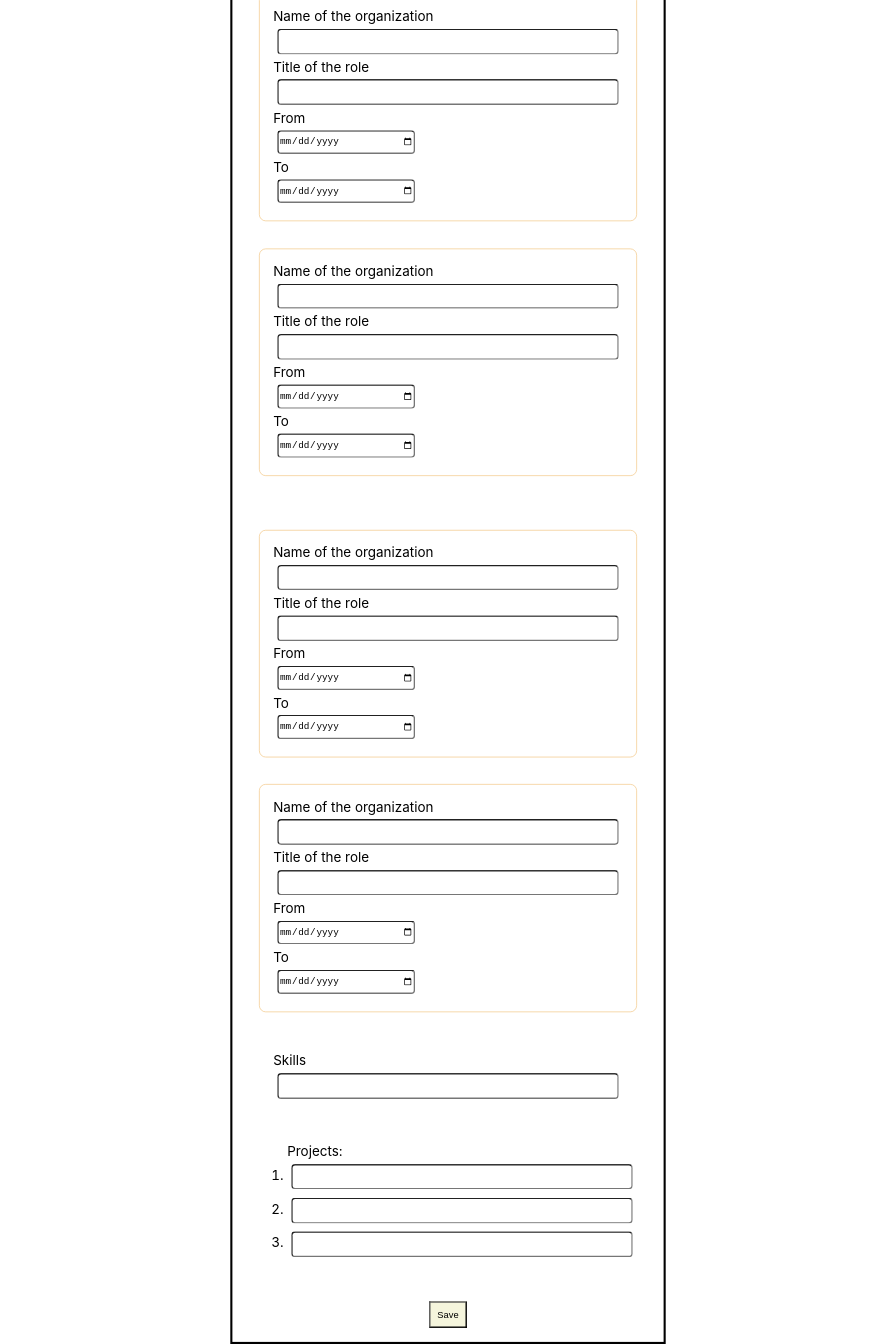
Repository: 0101chaitanya/resume-app
Page: /
An editor plug-in stored every save of this project. The page is shown before and after the next save, followed by the edit.
The browser window is 1280 px wide. The pictures show the part of the page from y = 1460 to 3380 px (the page is 3380 px tall), at 70% of full size.
The project was rebuilt for these pictures with package versions that can differ from the ones it lists, and the page was loaded fresh each time.

Above is the page before, as saved 2021-07-28 18:26:46.

### src/App.js
import React, { useState, useEffect } from "react";
import logo from "./logo.svg";
import "./App.css";
import Section1 from "./components/section1";
import Section2 from "./components/section2";
import Section3 from "./components/section3";
/* fullName: "",
    currentRole: "",
    address1: "",
    address2: "",
    about: "",
    phone: "",
    email: "",

    schoolName1: "",
    titleOfStudy1: "",
    from1: "",
    to1: "",

    schoolName2: "",
    titleOfStudy2: "",
    from2: "",
    to2: "",

    organizationName1: "",
    titleOfRole1: "",
    workedFrom1: "",
    workedTill1: "",

    organizationName2: "",
    titleOfRole2: "",
    workedFrom2: "",
    workedTill2: "",


    */

function App() {
  const [state, setState] = useState({
    skills: "",

    project1: "",
    project2: "",
    project3: "",
  });
  useEffect(() => {
    console.log(state);
  });
  const onChange = (e) => {
    const { name, value } = e.target;
    console.log(name, value);
    setState({
      ...state,
      [name]: value,
    });
    console.log(state);
  };
  const handleSubmit = (e) => {
    localStorage.setItem("savedData", JSON.stringify(state));
    setState({
      fullName: "",
      currentRole: "",
      address1: "",
      address2: "",
      email: "",
      phone: "",
      about: "fsfesffsffsefsfsefes",
      schoolName1: "",
      titleOfStudy1: "",
      from1: "",
      to1: "",
      schoolName2: "",
      titleOfStudy2: "",
      from2: "",
      to2: "",
      organizationName1: "",
      titleOfRole1: "",
      workedFrom1: "",
      workedTill1: "",
      organizationName2: "",
      titleOfRole2: "",
      workedFrom2: "",
      workedTill2: "",
      skills: "",
      project1: "",
      project2: "",
      project3: "",
    });
    e.target.submit();
  };

  return (
    <div className="app">
      <header className="App-header">
        <h1>Resume-App</h1>
      </header>
      <form
        onSubmit={(e) => {
          e.preventDefault();
          handleSubmit(e);
        }}
      >
        <Section1 state={state} onChange={onChange.bind(this)} />
        <Section2 state={state} onChange={onChange.bind(this)} />
        <Section3 state={state} onChange={onChange.bind(this)} />

        <div className="section section3">
          <div className="job1">
            <label htmlFor="organizationName1">
              Name of the organization
              <input
                required
                id="organizationName1"
                name="organizationName1"
                onChange={onChange}
                value={state.organizationName1}
                type="text"
              />
            </label>
            <label htmlFor="titleOfRole1">
              Title of the role
              <input
                required
                id="titleOfRole1"
                name="titleOfRole1"
                onChange={onChange}
                value={state.titleOfRole1}
                type="text"
              />
            </label>
            <label htmlFor="workedFrom1">
              From
              <input
                required
                id="workedFrom1"
                name="workedFrom1"
                onChange={onChange}
                value={state.workedFrom1}
                type="date"
              />
            </label>
            <label htmlFor="workedTill1">
              To
              <input
                required
                id="workedTill1"
                name="workedTill1"
                onChange={onChange}
                value={state.workedTill1}
                type="date"
              />
            </label>
          </div>
          <div className="job2">
            <label htmlFor="organizationName2">
              Name of the organization
              <input
                id="organizationName2"
                name="organizationName2"
                onChange={onChange}
                value={state.organizationName2}
                type="text"
              />
            </label>
            <label htmlFor="titleOfRole2">
              Title of the role
              <input
                id="titleOfRole2"
                name="titleOfRole2"
                onChange={onChange}
                value={state.titleOfRole2}
                type="text"
              />
            </label>
            <label htmlFor="workedFrom2">
              From
              <input
                id="workedFrom2"
                name="workedFrom2"
                onChange={onChange}
                value={state.workedFrom2}
                type="date"
              />
            </label>
            <label htmlFor="workedTill2">
              To
              <input
                id="workedTill2"
                name="workedTill2"
                onChange={onChange}
                value={state.workedTill2}
                type="date"
              />
            </label>
          </div>
        </div>
        <div className="section section4">
          <label htmlFor="skills">
            Skills
            <input
              required
              id="skills"
              name="skills"
              onChange={onChange}
              value={state.skills}
              type="text"
            />
          </label>
        </div>
        <div className="section section5">
          <ol>
            Projects:
            <li>
              <label htmlFor="project1">
                <input
                  required
                  id="project1"
                  name="project1"
                  onChange={onChange}
                  value={state.project1}
                  type="text"
                />
              </label>
            </li>
            <li>
              <label htmlFor="project2">
                <input
                  required
                  id="project2"
                  name="project2"
                  onChange={onChange}
                  value={state.project2}
                  type="text"
                />
              </label>
            </li>
            <li>
              <label htmlFor="project3">
                <input
                  id="project3"
                  name="project3"
                  onChange={onChange}
                  value={state.project3}
                  type="text"
                />
              </label>
            </li>
          </ol>
        </div>
        <button type="submit">Save</button>
      </form>
    </div>
  );
}

export default App;

### src/App.css
html {
  font-size: 1.2rem;
  font-weight: 400;
}
input {
  border-radius: 0.3rem;
  height: 1.6rem;
}
.app {
  margin: auto;
  display: flex;
  flex-direction: column;
  border: 0.2rem solid;
  width: fit-content;
  height: fit-content;
}

h1 {
  text-align: center;
  text-decoration: underline;
}
label {
  display: flex;
  flex-direction: column;
}
input[type="text"] {
  width: 25rem;
  margin: 0.3rem;
}
input[type="email"],
input[type="tel"] {
  width: 14rem;

  margin: 0.3rem;
}

input[type="date"] {
  width: 10rem;

  margin: 0.3rem;
}
.edu1,
.edu2,
.job1,
.job2 {
  margin: 1rem;
  padding: 1rem;
  border-radius: 0.5rem;
  border: 1px solid rgb(243, 200, 135);
}
.section {
  margin: 1rem;
  display: flex;
  flex-direction: column;
  justify-content: center;
}
form {
  display: flex;
  flex-direction: column;
  align-items: center;
}
button {
  justify-self: center;
  align-self: center;
  margin: 1rem;
  padding: 0.5rem;
  background-color: beige;
}

### src/components/section1.js
import React, { useState } from "react";

export default function Section1(props) {
  const [state, setState] = useState({
    fullName: props.state.fullName,
    currentRole: props.state.currentRole,
    address1: props.state.address1,
    address2: props.state.address2,
    email: props.state.email,
    phone: props.state.phone,
    about: props.state.about,

    /* fullName: "",
    currentRole: "",
    address1: "",
    address2: "",
    about: "",
    phone: "",
    email: "", */
  });
  return (
    <div className="section section1">
      <label htmlFor="fullName">
        Full Name
        <input
          required
          id="fullName"
          name="fullName"
          onChange={(e) => props.onChange(e)}
          value={state.fullName}
          type="text"
        />
      </label>
      <label htmlFor="currentRole">
        Current Role
        <input
          required
          id="currentRole"
          name="currentRole"
          onChange={props.onChange}
          value={state.currentRole}
          type="text"
        />
      </label>
      <label htmlFor="address1">
        Address Field 1
        <input
          required
          id="address1"
          name="address1"
          onChange={props.onChange}
          value={state.address1}
          type="text"
        />
      </label>
      <label htmlFor="address2">
        Address Field 2
        <input
          required
          id="address2"
          name="address2"
          onChange={props.onChange}
          value={state.address2}
          type="text"
        />
      </label>
      <label htmlFor="email">
        Email
        <input
          required
          id="email"
          name="email"
          onChange={props.onChange}
          value={state.email}
          type="email"
        />
      </label>
      <label htmlFor="phone">
        Phone
        <input
          required
          id="phone"
          name="phone"
          onChange={props.onChange}
          value={state.phone}
          type="tel"
        />
      </label>
      <label htmlFor="about">
        About
        <textarea
          rows={3}
          id="about"
          name="about"
          onChange={props.onChange}
          value={state.about}
        />
      </label>
    </div>
  );
}

### src/components/section2.js
import React, { useState } from "react";

export default function Section2(props) {
  const [state, setState] = useState({
    schoolName1: props.state.schoolName1,
    titleOfStudy1: props.state.titleOfStudy1,
    from1: props.state.from1,
    to1: props.state.to1,

    schoolName2: props.state.schoolName2,
    titleOfStudy2: props.state.titleOfStudy2,
    from2: props.state.from2,
    to2: props.state.to2,
  });

  return (
    <div className="section section2">
      <div className="edu1">
        <label htmlFor="schoolName1">
          Organization providing the education or training
          <input
            required
            id="schoolName1"
            name="schoolName1"
            onChange={props.onChange}
            value={state.schoolName1}
            type="text"
          />
        </label>
        <label htmlFor="titleOfStudy1">
          Education or training undertaken
          <input
            required
            id="titleOfStudy1"
            name="titleOfStudy1"
            onChange={props.onChange}
            value={state.titleOfStudy1}
            type="text"
          />
        </label>
        <label htmlFor="from1">
          From
          <input
            required
            id="from1"
            name="from1"
            onChange={props.onChange}
            value={state.from1}
            type="date"
          />
        </label>
        <label htmlFor="to1">
          To
          <input
            required
            id="to1"
            name="to1"
            onChange={props.onChange}
            value={state.to1}
            type="date"
          />
        </label>
      </div>
      <div className="edu2">
        <label htmlFor="schoolName2">
          Organization providing the education or training
          <input
            required
            id="schoolName2"
            name="schoolName2"
            onChange={props.onChange}
            value={state.schoolName2}
            type="text"
          />
        </label>
        <label htmlFor="titleOfStudy2">
          Education or training undertaken
          <input
            required
            id="titleOfStudy2"
            name="titleOfStudy2"
            onChange={props.onChange}
            value={state.titleOfStudy2}
            type="text"
          />
        </label>
        <label htmlFor="from2">
          From
          <input
            required
            id="from2"
            name="from2"
            onChange={props.onChange}
            value={state.from2}
            type="date"
          />
        </label>
        <label htmlFor="to2">
          To
          <input
            required
            id="to2"
            name="to2"
            onChange={props.onChange}
            value={state.to2}
            type="date"
          />
        </label>
      </div>
    </div>
  );
}

### src/components/section3.js
import React, { useState } from "react";

export default function Section3(props) {
  const [state, setState] = useState({
    organizationName1: props.state.organizationName1,
    titleOfRole1: props.state.titleOfRole1,
    workedFrom1: props.state.workedFrom1,
    workedTill1: props.state.workedTill1,

    organizationName2: props.state.organizationName2,
    titleOfRole2: props.state.titleOfRole2,
    workedFrom2: props.state.workedFrom2,
    workedTill2: props.state.workedTill2,
  });
  return (
    <div className="section section3">
      <div className="job1">
        <label htmlFor="organizationName1">
          Name of the organization
          <input
            required
            id="organizationName1"
            name="organizationName1"
            onChange={props.onChange}
            value={state.organizationName1}
            type="text"
          />
        </label>
        <label htmlFor="titleOfRole1">
          Title of the role
          <input
            required
            id="titleOfRole1"
            name="titleOfRole1"
            onChange={props.onChange}
            value={state.titleOfRole1}
            type="text"
          />
        </label>
        <label htmlFor="workedFrom1">
          From
          <input
            required
            id="workedFrom1"
            name="workedFrom1"
            onChange={props.onChange}
            value={state.workedFrom1}
            type="date"
          />
        </label>
        <label htmlFor="workedTill1">
          To
          <input
            required
            id="workedTill1"
            name="workedTill1"
            onChange={props.onChange}
            value={state.workedTill1}
            type="date"
          />
        </label>
      </div>
      <div className="job2">
        <label htmlFor="organizationName2">
          Name of the organization
          <input
            id="organizationName2"
            name="organizationName2"
            onChange={props.onChange}
            value={state.organizationName2}
            type="text"
          />
        </label>
        <label htmlFor="titleOfRole2">
          Title of the role
          <input
            id="titleOfRole2"
            name="titleOfRole2"
            onChange={props.onChange}
            value={state.titleOfRole2}
            type="text"
          />
        </label>
        <label htmlFor="workedFrom2">
          From
          <input
            id="workedFrom2"
            name="workedFrom2"
            onChange={props.onChange}
            value={state.workedFrom2}
            type="date"
          />
        </label>
        <label htmlFor="workedTill2">
          To
          <input
            id="workedTill2"
            name="workedTill2"
            onChange={props.onChange}
            value={state.workedTill2}
            type="date"
          />
        </label>
      </div>
    </div>
  );
}

Loaded but not shown: public/index.html (common file); src/index.js (common file); src/index.css (common file); src/reportWebVitals.js (common file)

After the next save:
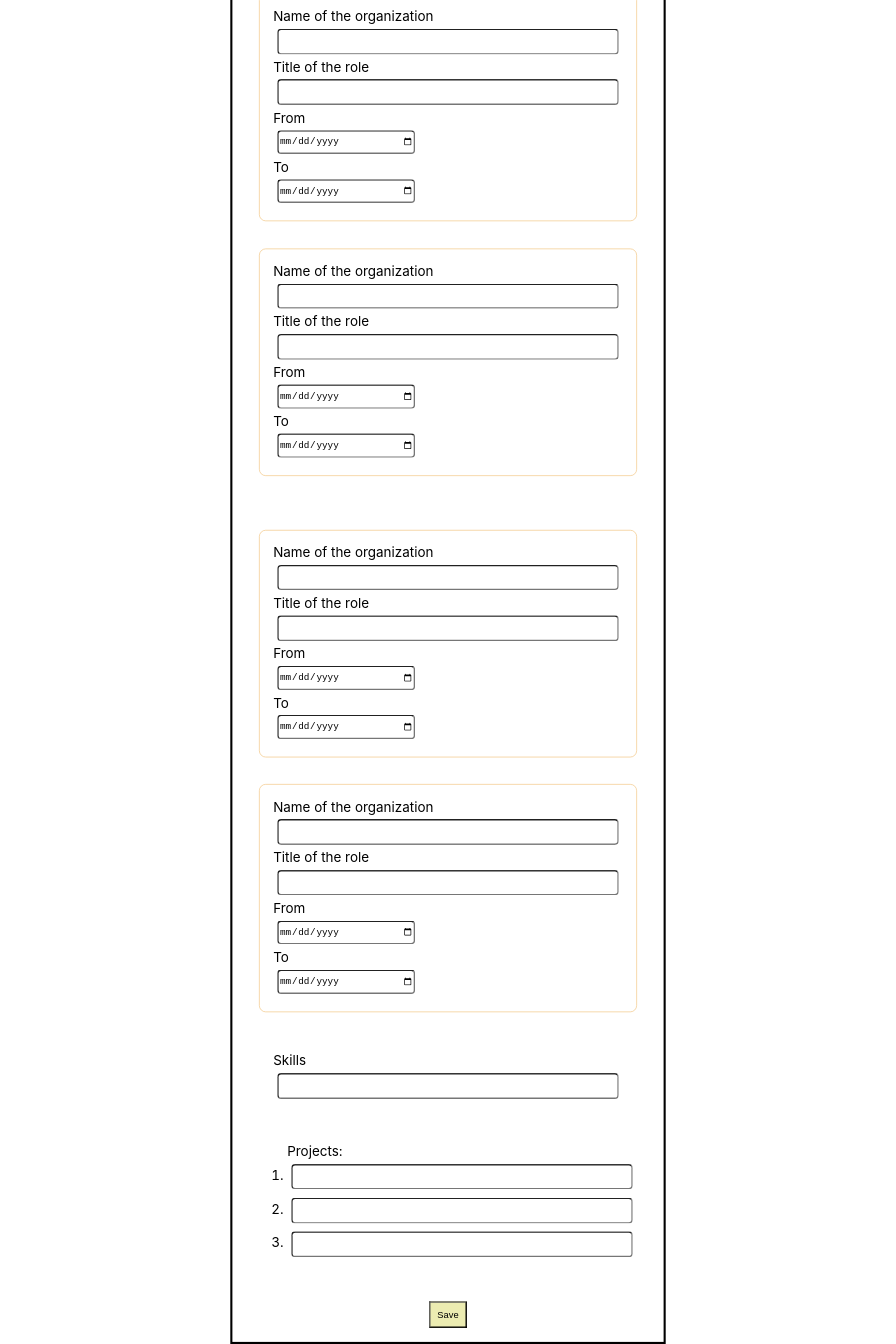
Saved 9 s later.
--- a/src/App.css
+++ b/src/App.css
@@ -64,5 +64,5 @@ button {
   align-self: center;
   margin: 1rem;
   padding: 0.5rem;
-  background-color: beige;
+  background-color: rgb(236, 236, 177);
 }
